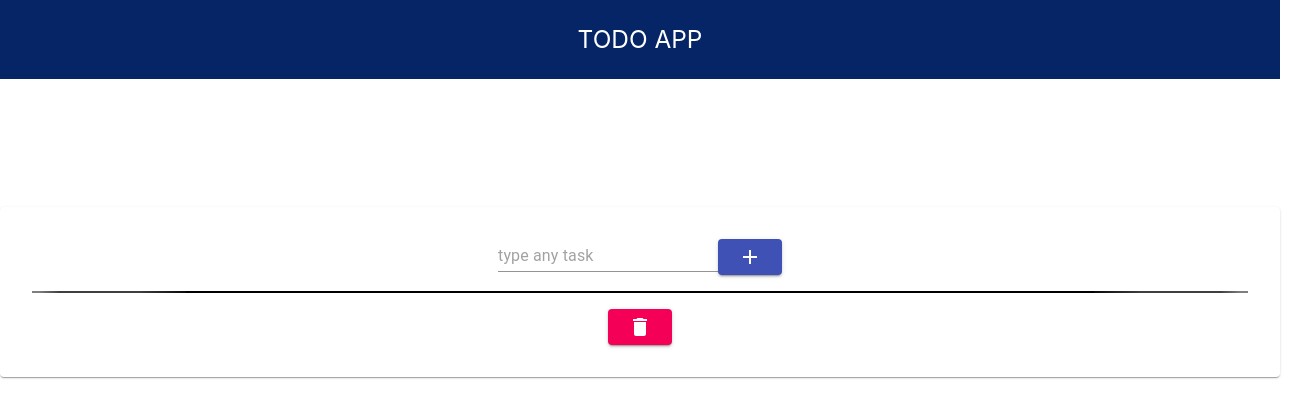
Repository: Shams97/Todo-app
Page: /
An editor plug-in stored every save of this project. The page is shown before and after the next save, followed by the edit.
The browser window is 1280 px wide. The page is 1292 px wide, so the pictures cover 1292 px, including what lies to the right of the window. The pictures show the whole page.
The project was rebuilt for these pictures with package versions that can differ from the ones it lists, and the page was loaded fresh each time.

Above is the page before, as saved 2021-06-27 01:52:14.

After the next save:
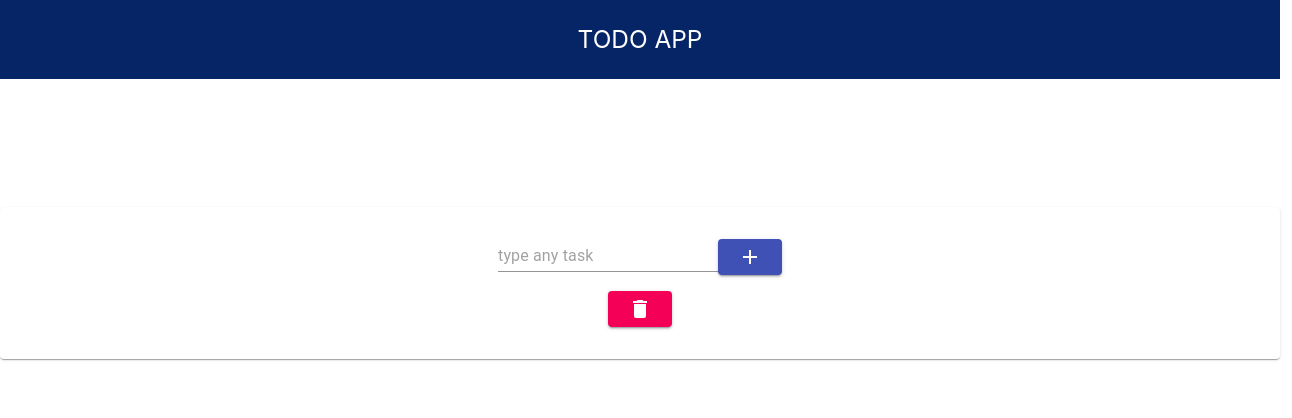
Saved 50 s later.
--- a/src/tasks/tasks.js
+++ b/src/tasks/tasks.js
@@ -16,8 +16,6 @@ const useStyles = makeStyles((theme) => ({
     },
     lists: {
         listStyle:'none',
-        border:'solid 1px black',
-        borderRadius:'30%',
         textAlign: 'left',
 
     },
@@ -47,7 +45,7 @@ export default function Tasks() {
                     </Button>
                         <ul className={classes.lists}>
                             { newtask.map((val, key)=>{
-                                return <li key={key}>{val}</li>
+                                return <li key={key} border={1}>{val}</li>
                                 })
                             }
                             </ul>
